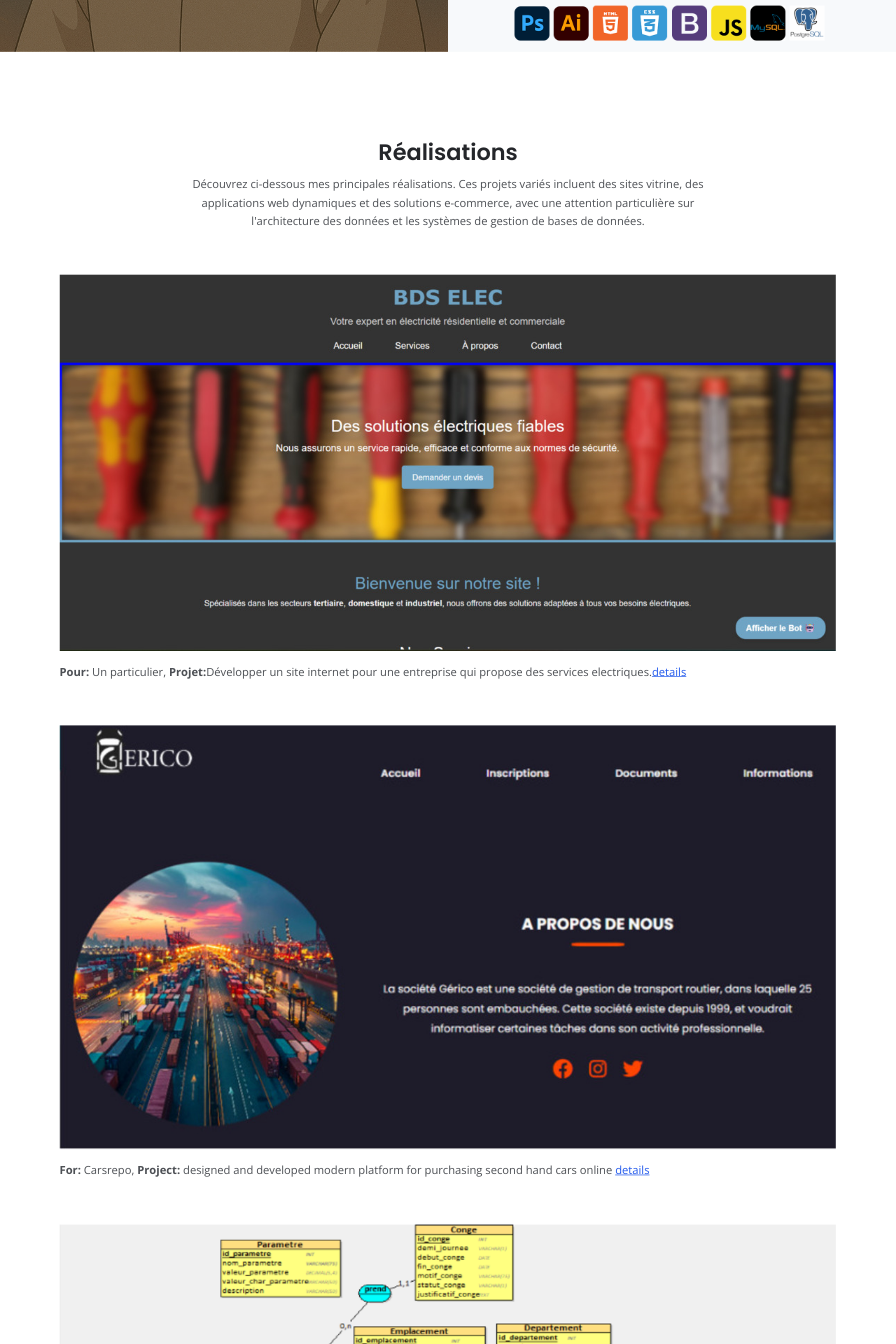
Repository: J2S80000/Portfolio
Page: index.html
An editor plug-in stored every save of this project. The page is shown before and after the next save, followed by the edit.
The browser window is 1280 px wide. The pictures show the part of the page from y = 3010 to 4930 px (the page is 7451 px tall), at 70% of full size.

Above is the page before, as saved 2025-05-05 17:36:24.

After the next save:
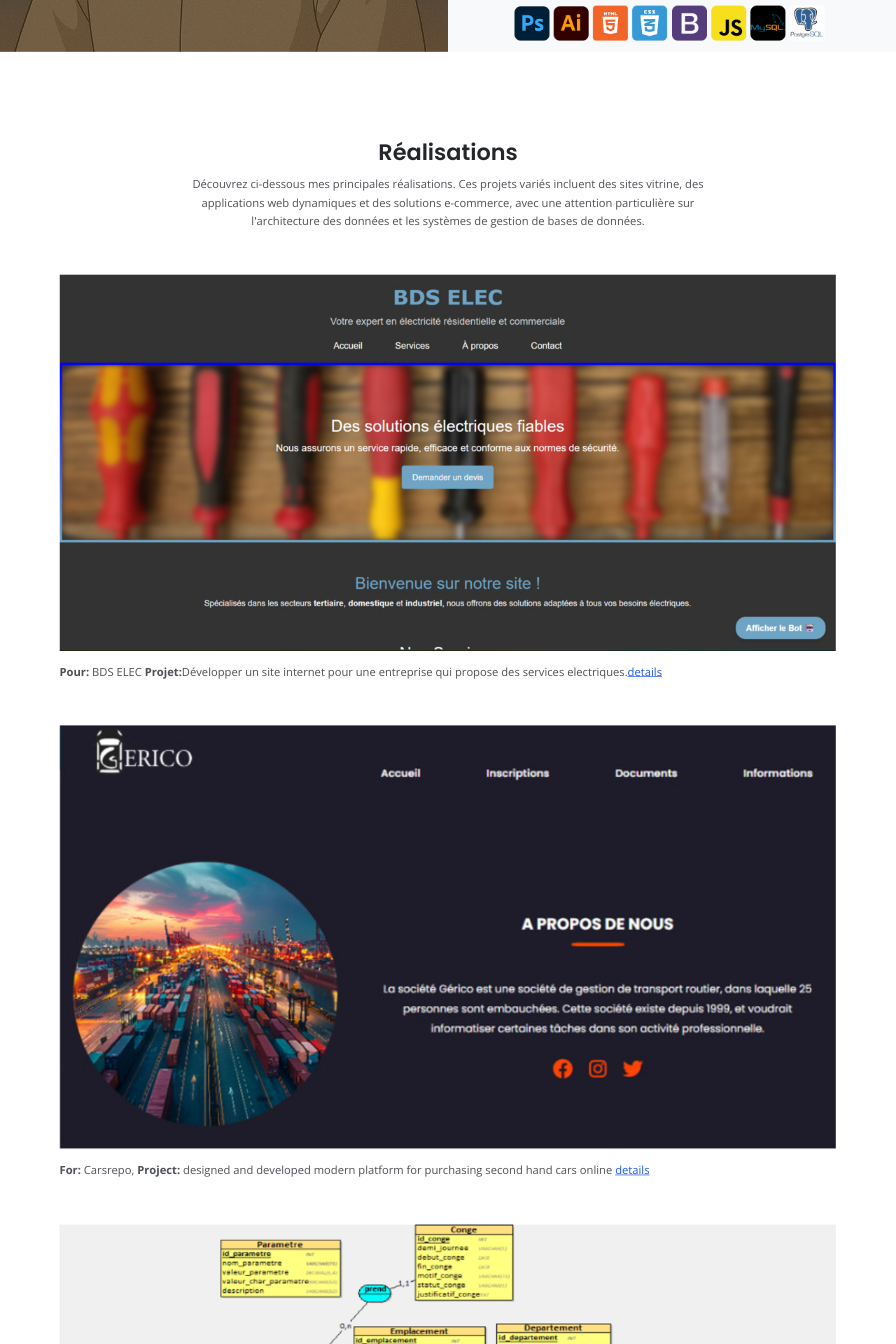
Saved 10 s later.
--- a/index.html
+++ b/index.html
@@ -236,7 +236,7 @@
                                 <img class="img-fluid" src="images/project-11.jpg" alt="alternative">
                             </a>
                         </div> <!-- end of image-container -->
-                        <p><strong>Pour:</strong> Un particulier, <strong>Projet:</strong>Développer un site internet pour une entreprise qui propose des services electriques.<a class="blue" href="bdselec.fr">details</a></p>
+                        <p><strong>Pour:</strong> BDS ELEC <strong>Projet:</strong>Développer un site internet pour une entreprise qui propose des services electriques.<a class="blue" href="bdselec.fr">details</a></p>
                     </div> <!-- end of text-container -->
                     <div class="text-container">
                         <div class="image-container">
